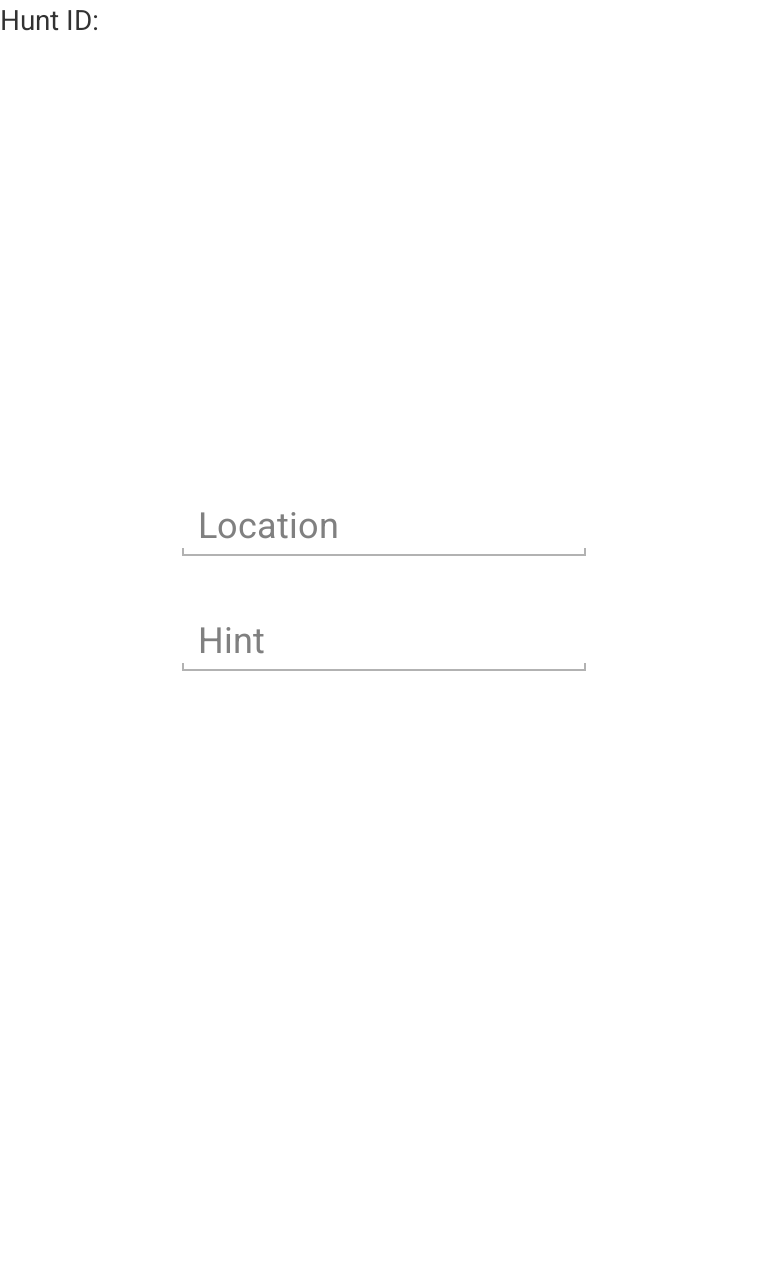
Repository: elf1218/pennapps2014s
Layout: Scavangel/res/layout/create_hunt.xml
These files come from the project's save history. The layout is drawn as it stood at one moment and after a run of saves; the edit follows.
It is drawn on a 768 x 1280 px phone screen (xhdpi) without system bars, with theme AppTheme; the app's code is not run.

Above is the layout before, as saved 2014-02-15 19:44:34.

### Scavangel/res/layout/create_hunt.xml
<?xml version="1.0" encoding="utf-8"?>
<RelativeLayout xmlns:android="http://schemas.android.com/apk/res/android"
    android:layout_width="match_parent"
    android:layout_height="match_parent" >

    <TextView
        android:id="@+id/textView1"
        android:layout_width="wrap_content"
        android:layout_height="wrap_content"
        android:layout_alignParentLeft="true"
        android:layout_alignParentTop="true"
        android:ems="10"
        android:text="@string/hunt" >
    </TextView>

    <EditText
        android:id="@+id/editText3"
        android:layout_width="wrap_content"
        android:layout_height="wrap_content"
        android:layout_alignLeft="@+id/editText2"
        android:layout_centerVertical="true"
        android:ems="10"
        android:hint="@string/hint"
        android:inputType="textMultiLine" />

    <EditText
        android:id="@+id/editText2"
        android:layout_width="wrap_content"
        android:layout_height="wrap_content"
        android:layout_above="@+id/editText3"
        android:layout_centerHorizontal="true"
        android:layout_marginBottom="18dp"
        android:ems="10"
        android:hint="@string/location"
        android:inputType="text" />

</RelativeLayout>

### Scavangel/res/values/strings.xml
<?xml version="1.0" encoding="utf-8"?>
<resources>

    <string name="app_name">Scavangel</string>
    <string name="action_settings">Settings</string>
    <string name="hello_world">Hello world!</string>
    <string name="login">Log In!</string>
    <string name="pwd">Password</string>
    <string name="username">User Name</string>
    <string name="submit">Submit!</string>
    <string name="t1">test push</string>
    <string name="t2">test pull</string>
    <string name="create">Create!</string>
    <string name="participate">Participate!</string>
    <string name="hunt">Hunt ID: </string>
    <string name="location">&quot;Location&quot;</string>
    <string name="hint">Hint</string>

</resources>

Loaded but not shown: Scavangel/res/values/styles.xml (common file); Scavangel/res/values-v11/styles.xml (common file); Scavangel/res/values-v14/styles.xml (common file)

After the next 2 saves:
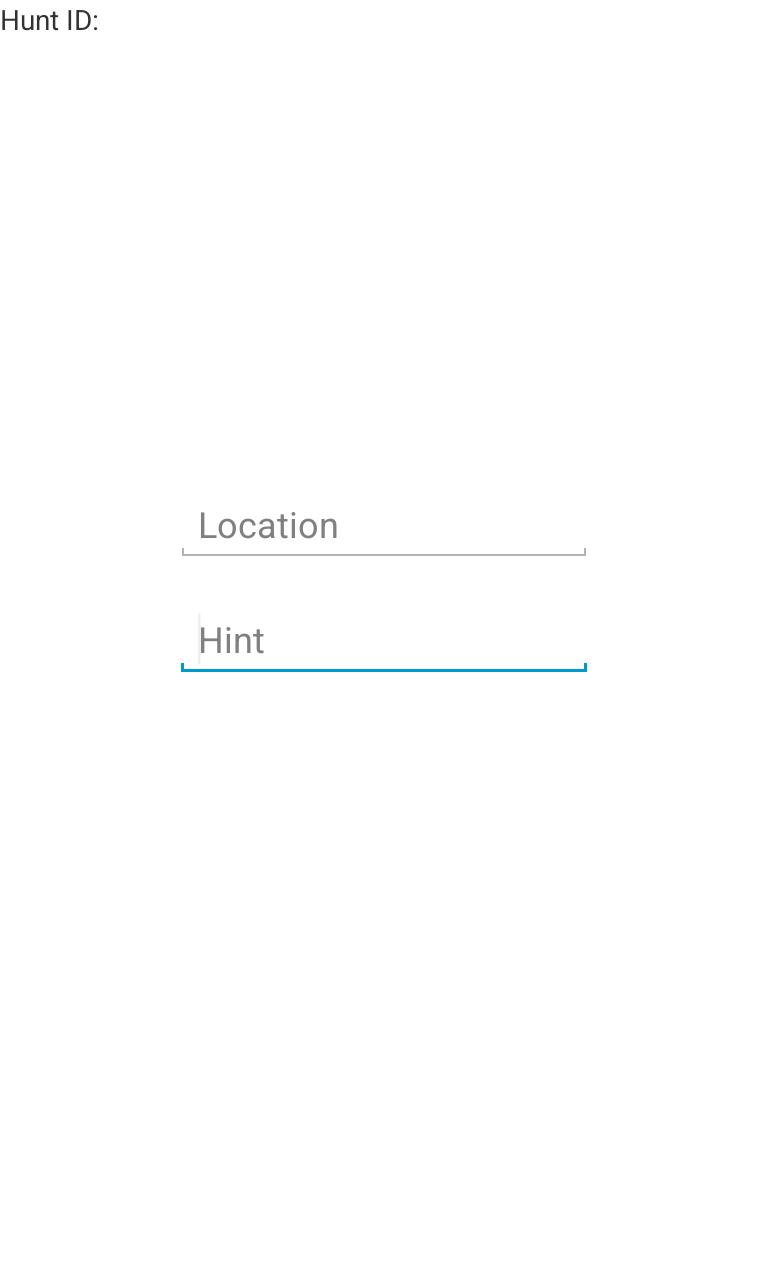
The 2 saves are shown as one change because they came seconds apart.
The last was saved 42 s later.
--- a/Scavangel/res/layout/create_hunt.xml
+++ b/Scavangel/res/layout/create_hunt.xml
@@ -21,7 +21,9 @@
         android:layout_centerVertical="true"
         android:ems="10"
         android:hint="@string/hint"
-        android:inputType="textMultiLine" />
+        android:inputType="textMultiLine">
+        <requestFocus />
+        </EditText>
 
     <EditText
         android:id="@+id/editText2"
